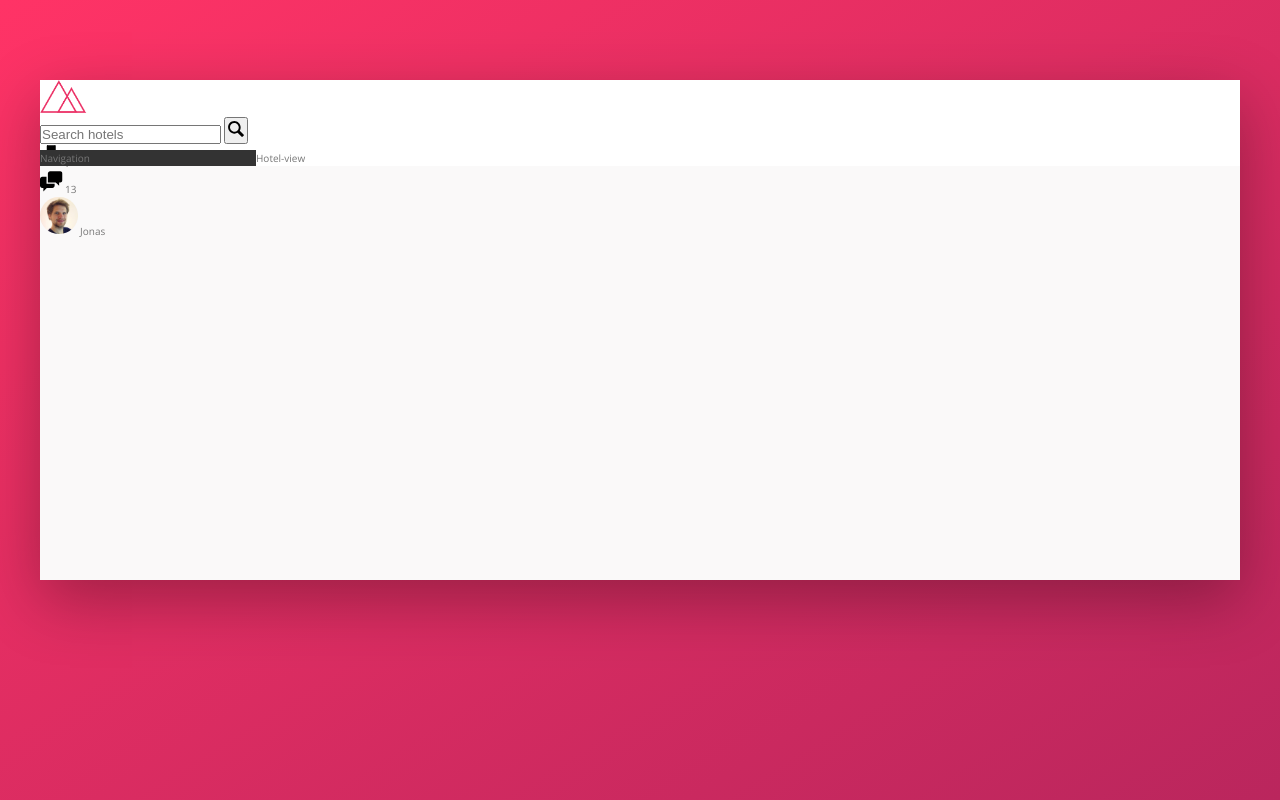
Repository: Lithium87/Trillo
Page: index.html
These files come from the project's save history. The page is drawn as it stood at one moment and after the next save; the edit follows.
The browser window is 1280 px wide. The pictures show the whole page.
The style sheet was rebuilt from its Sass, Less or Tailwind sources for each picture, by a compiler version that may differ from the author's.

Above is the page before, as saved 2020-05-15 19:55:24.

### index.html
<!DOCTYPE html>
<html lang="en">

<head>
    <meta charset="UTF-8">
    <meta name="viewport" content="width=device-width, initial-scale=1.0">

    <link href="https://fonts.googleapis.com/css?family=Open+Sans:300,400,600" rel="stylesheet">
    <link rel="stylesheet" href="css/style.css">
    <link rel="shortcut icon" type="image/png" href="img/favicon.png">

    <title>trillo &mdash; Your all-in-one booking app</title>
</head>

<body>
    <div class="container">
        <header class="header">
            <img src="img/logo.png" alt="Trillo logo" class="logo">
            <form action="#" class="search">
                <input type="text" class="search__input" placeholder="Search hotels">
                <button class="search__button">
                    <svg class="search__icon">
                        <use xlink:href="img/sprite.svg#icon-magnifying-glass"></use>
                    </svg>
                </button>
            </form>

            <nav class="user-nav">
                <div class="user-nav__icon-box">
                    <svg class="user-nav__icon">
                        <use xlink:href="img/sprite.svg#icon-bookmark"></use>
                    </svg>
                    <span class="user-nav__notification">7</span>
                </div>
                <div class="user-nav__icon-box">
                    <svg class="user-nav__icon">
                        <use xlink:href="img/sprite.svg#icon-chat"></use>
                    </svg>
                    <span class="user-nav__notification">13</span>
                </div>
                <div class="user-nav__user">
                    <img src="img/user.jpg" alt="User photo" class="user-nav__user-photo">
                    <span class="user-nav__user-name">Jonas</span>
                </div>
            </nav>
        </header>
        <div class="content">
            <nav class="sidebar">
                Navigation
            </nav>
            <main class="hotel-view">
                Hotel-view
            </main>
        </div>
    </div>
</body>

</html>

### sass/_base.scss
:root {
    --color-primary: #eb2f64;
    --color-primary-light: #FF3366;
    --color-primary-dark: #BA265D;
    --color-grey-light-1: #faf9f9;
    --color-grey-light-2: #f4f2f2;
    --color-grey-light-3: #f0eeee;
    --color-grey-light-4: #ccc;
    --color-grey-dark-1: #333;
    --color-grey-dark-2: #777;
    --color-grey-dark-3: #999;
    --shadow-dark: 0 2rem 6rem rgba(0, 0, 0, .3);
}

* {
    margin: 0;
    padding: 0;
}

*,
*::before,
*::after {
    box-sizing: inherit;
}

html {
    box-sizing: border-box;
    font-size: 62.5%; // 1rem = 10px
}

body {
    font-family: 'Open Sans', sans-serif;
    font-weight: 400;
    line-height: 1.6;
    color: var(--color-grey-dark-2);
    background-image: linear-gradient(to right bottom, var(--color-primary-light), var(--color-primary-dark));
    background-size: cover;
    background-repeat: no-repeat;
    min-height: 100vh;
}

### sass/_layout.scss
.container {
    max-width: 120rem;
    margin: 8rem auto;
    background-color: var(--color-grey-light-1);
    box-shadow: var(--shadow-dark);
    min-height: 50rem;
}

.header {
    height: 7rem;
    background-color: #fff;
    border-bottom: var(--color-grey-light-2);
}

.content {
    display: flex;
}

.sidebar {
    background-color: var(--color-grey-dark-1);
    flex: 0 0 18%;
}

.hotel-view {
    background-color: #fff;
    flex: 1;
}

### sass/_components.scss
///////////////////////
//LOGO
.logo {
    height: 3.25rem;
}

///////////////////////
//SEARCH BOX
.search {
    &__input {}
    &__button {}
    &__icon {
        height: 2rem;
        width: 2rem;
    }
}

///////////////////////
//USER NAVIGATION
.user-nav {
    &__icon-box {}
    &__icon {
        height: 2.25rem;
        width: 2.25rem;
    }
    &__notification {}
    &__user {}
    &__user-photo {
        height: 3.75rem;
        border-radius: 50%;
    }
    &__user-name {}
}

Loaded but not shown: sass/main.scss (common file)

After the next save:
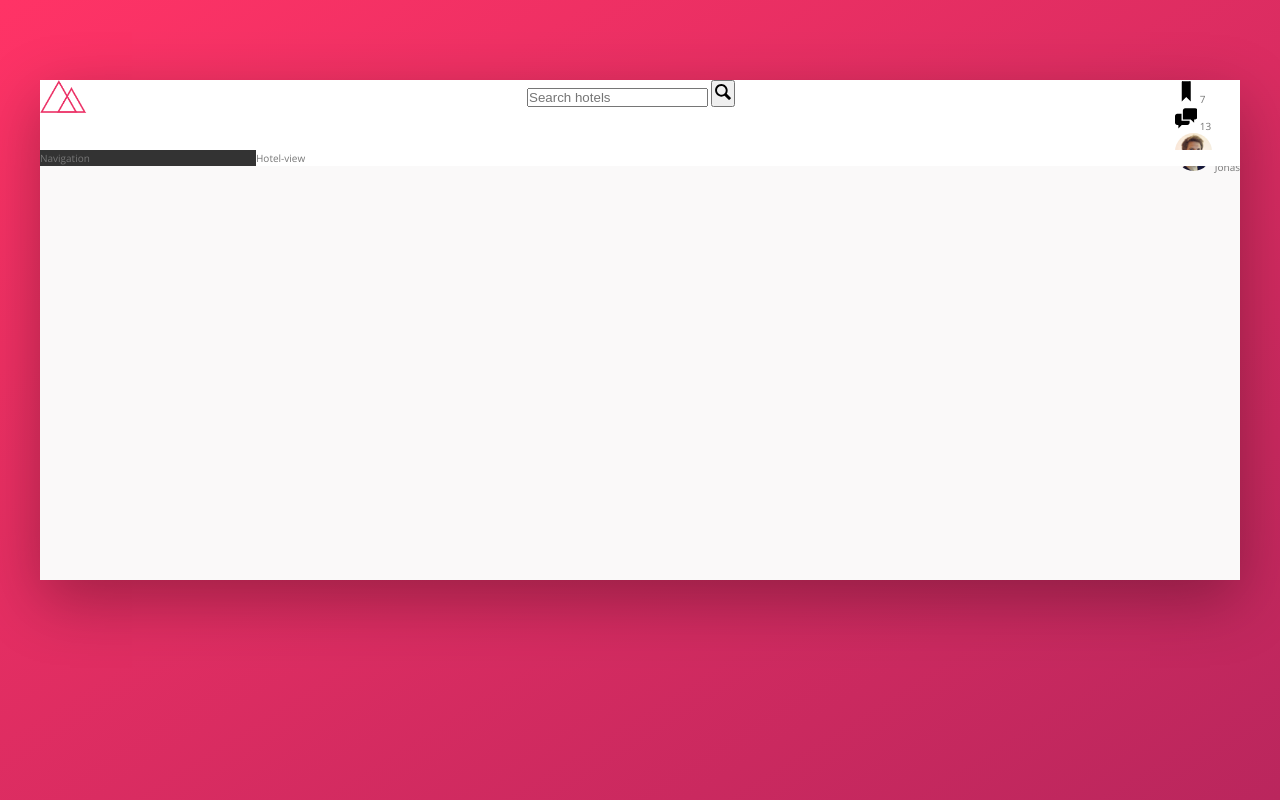
Saved 3 min 25 s later.
--- a/sass/_layout.scss
+++ b/sass/_layout.scss
@@ -10,6 +10,8 @@
     height: 7rem;
     background-color: #fff;
     border-bottom: var(--color-grey-light-2);
+    display: flex;
+    justify-content: space-between;
 }
 
 .content {
